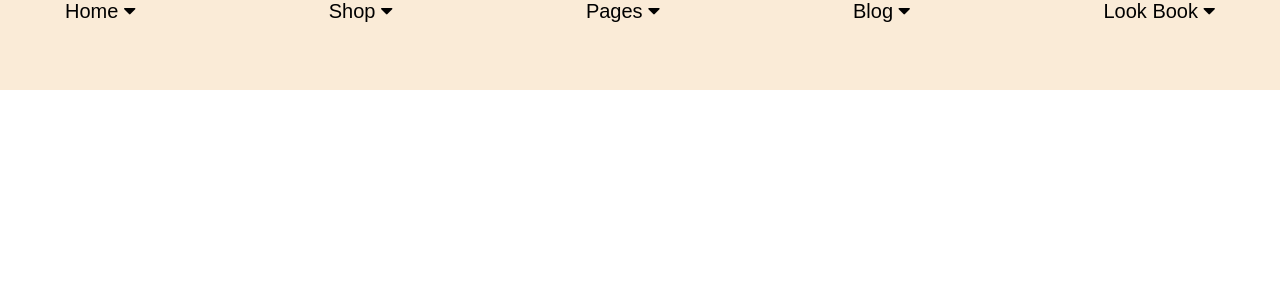
Repository: MorgunovaAlexandra/beauti
Page: index.html
The author's editor kept a copy of each file at every save. The page is drawn from the files as they stood at one save, then again after the next save.
The browser window is 1280 px wide. The pictures show the whole page.

Above is the page before, as saved 2022-08-24 13:41:46.

After the next save:
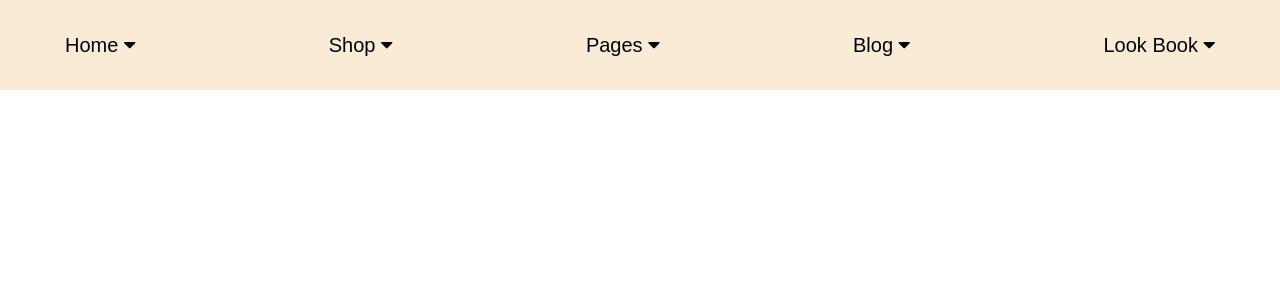
Saved 24 s later.
--- a/style.css
+++ b/style.css
@@ -63,6 +63,7 @@ a{
     display: flex;
     justify-content: space-between;
     align-items: center;
+    height: 90px;
 }
 .faa:hover{
     animation: move .3s ease-in;
